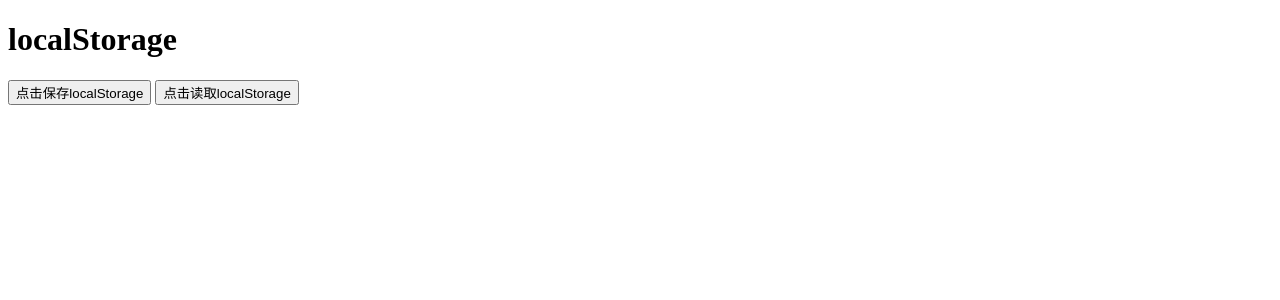
Repository: Lixianlai-2/The-journey-of-learning-Vue
Page: afterVueCli/07_浏览器本地存储/localStorage.html
An editor plug-in stored every save of this project. The page is shown before and after the next save, followed by the edit.
The browser window is 1280 px wide. The pictures show the whole page.

Above is the page before, as saved 2022-04-22 18:44:39.

### afterVueCli/07_浏览器本地存储/localStorage.html
<!DOCTYPE html>
<html lang="en">
  <head>
    <meta charset="UTF-8" />
    <meta http-equiv="X-UA-Compatible" content="IE=edge" />
    <meta name="viewport" content="width=device-width, initial-scale=1.0" />
    <title>localStorage</title>
  </head>
  <body>
    <h1>localStorage</h1>
    <button onclick="saveStorage()">点击保存localStorage</button>
    <button onclick="getStorage()">点击读取localStorage</button>

    <script>
      function saveStorage() {
        alert("运行了吗");
        window.localStorage.setItem("num", "1,2,3");
        // 可以不加window，相同key，下面的会覆盖上面的
        localStorage.setItem("num", "4,5,6");
        localStorage.setItem("num2", "7,8,9");

        // 存储一个对象，要用JSON.stringify
        localStorage.setItem(
          "obj",
          JSON.stringify({ id: "001", eventName: "敲代码" })
        );
      }

      function getStorage() {
        console.log(localStorage.getItem("num"));

        console.log(localStorage.getItem("num2"));

        // 读取一个字符串对象，要将其转化为真正的对象
        console.log(JSON.parse(localStorage.getItem("obj")));
      }
    </script>
  </body>
</html>

After the next save:
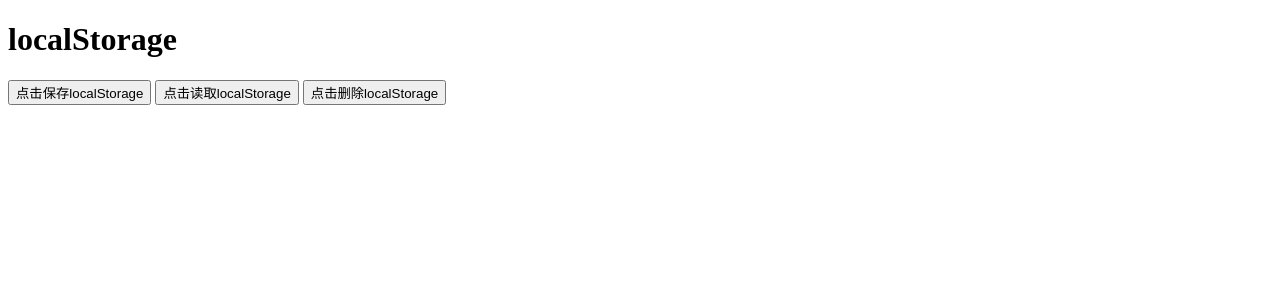
Saved 3 min 2 s later.
--- a/afterVueCli/07_浏览器本地存储/localStorage.html
+++ b/afterVueCli/07_浏览器本地存储/localStorage.html
@@ -10,6 +10,7 @@
     <h1>localStorage</h1>
     <button onclick="saveStorage()">点击保存localStorage</button>
     <button onclick="getStorage()">点击读取localStorage</button>
+    <button onclick="deleteStorage()">点击删除localStorage</button>
 
     <script>
       function saveStorage() {
@@ -34,6 +35,13 @@
         // 读取一个字符串对象，要将其转化为真正的对象
         console.log(JSON.parse(localStorage.getItem("obj")));
       }
+
+      function deleteStorage() {
+        localStorage.removeItem("num");
+
+        // 读取一个字符串对象，要将其转化为真正的对象
+        console.log(JSON.parse(localStorage.getItem("obj")));
+      }
     </script>
   </body>
 </html>
